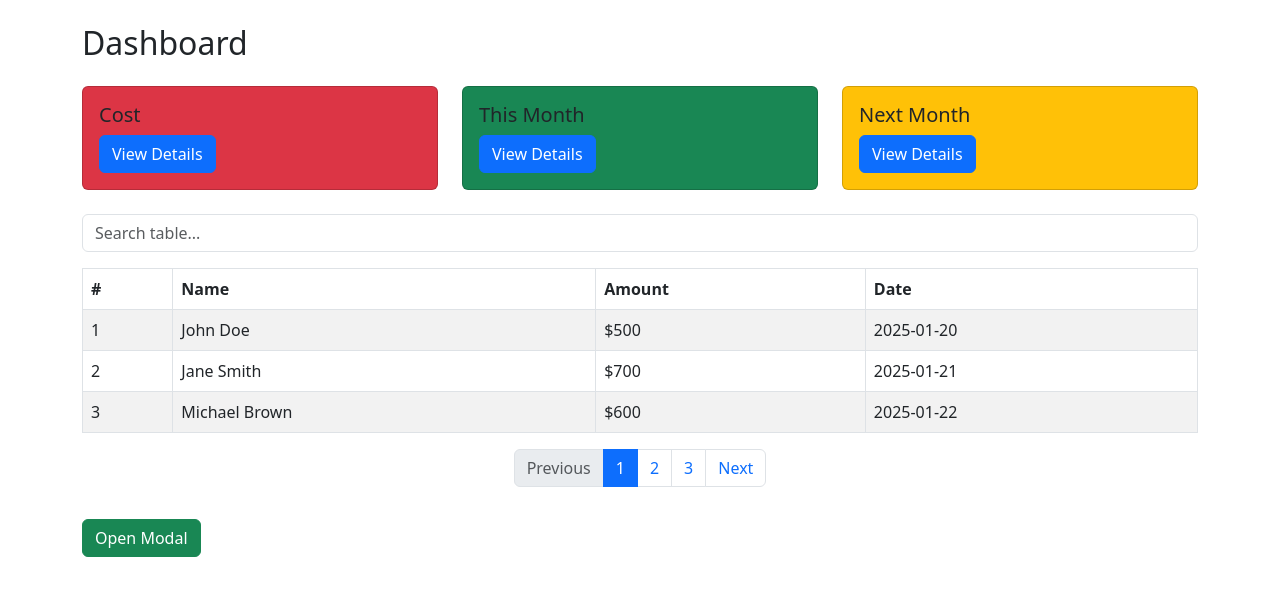
Repository: Dayvid0/BOOTSTRAP-TUTORIALS
Page: BOOTSTRAP-GRID-LAYOUTS/chatgpt.demo.html
These files come from the project's save history. The page is drawn as it stood at one moment and after the next save; the edit follows.
The browser window is 1280 px wide. The pictures show the whole page.

Above is the page before, as saved 2025-02-01 13:37:44.

### BOOTSTRAP-GRID-LAYOUTS/chatgpt.demo.html
<!DOCTYPE html>
<html lang="en">
<head>
    <meta charset="UTF-8">
    <meta name="viewport" content="width=device-width, initial-scale=1.0">
    <title>Dashboard</title>
    <link rel="stylesheet" href="https://cdn.jsdelivr.net/npm/bootstrap@5.3.0/dist/css/bootstrap.min.css">
</head>
<body>
    <div class="container mt-4">
        <h2 class="mb-4">Dashboard</h2>
        <div class="row g-4">
            <!-- Cost Card -->
            <div class="col-md-4">
                <div class="card bg-danger">
                    <div class="card-body">
                        <h5 class="card-title">Cost</h5>
                        <button class="btn btn-primary" type="button" data-bs-toggle="collapse" data-bs-target="#collapseCost" aria-expanded="false">View Details</button>
                        <div class="collapse mt-3" id="collapseCost">
                            <p>Total Cost: $5,000</p>
                        </div>
                    </div>
                </div>
            </div>
            <!-- This Month Card -->
            <div class="col-md-4">
                <div class="card bg-success">
                    <div class="card-body">
                        <h5 class="card-title">This Month</h5>
                        <button class="btn btn-primary" type="button" data-bs-toggle="collapse" data-bs-target="#collapseThisMonth" aria-expanded="false">View Details</button>
                        <div class="collapse mt-3" id="collapseThisMonth">
                            <p>Budget: $2,500</p>
                        </div>
                    </div>
                </div>
            </div>
            <!-- Next Month Card -->
            <div class="col-md-4">
                <div class="card bg-warning">
                    <div class="card-body">
                        <h5 class="card-title">Next Month</h5>
                        <button class="btn btn-primary" type="button" data-bs-toggle="collapse" data-bs-target="#collapseNextMonth" aria-expanded="false">View Details</button>
                        <div class="collapse mt-3" id="collapseNextMonth">
                            <p>Projected Budget: $3,000</p>
                        </div>
                    </div>
                </div>
            </div>
        </div>
        <!-- Search Bar -->
        <div class="mt-4">
            <input type="text" id="searchInput" class="form-control" placeholder="Search table...">
        </div>
        <!-- Data Table -->
        <div class="table-responsive mt-3">
            <table class="table table-striped table-bordered">
                <thead>
                    <tr>
                        <th>#</th>
                        <th>Name</th>
                        <th>Amount</th>
                        <th>Date</th>
                    </tr>
                </thead>
                <tbody id="dataTable">
                    <tr>
                        <td>1</td>
                        <td>John Doe</td>
                        <td>$500</td>
                        <td>2025-01-20</td>
                    </tr>
                    <tr>
                        <td>2</td>
                        <td>Jane Smith</td>
                        <td>$700</td>
                        <td>2025-01-21</td>
                    </tr>
                    <tr>
                        <td>3</td>
                        <td>Michael Brown</td>
                        <td>$600</td>
                        <td>2025-01-22</td>
                    </tr>
                </tbody>
            </table>
        </div>
        <!-- Pagination -->
        <nav aria-label="Page navigation">
            <ul class="pagination justify-content-center">
                <li class="page-item disabled"><a class="page-link" href="#">Previous</a></li>
                <li class="page-item active"><a class="page-link" href="#">1</a></li>
                <li class="page-item"><a class="page-link" href="#">2</a></li>
                <li class="page-item"><a class="page-link" href="#">3</a></li>
                <li class="page-item"><a class="page-link" href="#">Next</a></li>
            </ul>
        </nav>
        <!-- Modal -->
        <button type="button" class="btn btn-success mt-3" data-bs-toggle="modal" data-bs-target="#infoModal">Open Modal</button>
        <div class="modal fade" id="infoModal" tabindex="-1">
            <div class="modal-dialog">
                <div class="modal-content">
                    <div class="modal-header">
                        <h5 class="modal-title">Modal Title</h5>
                        <button type="button" class="btn-close" data-bs-dismiss="modal"></button>
                    </div>
                    <div class="modal-body">
                        This is a sample modal with information.
                    </div>
                    <div class="modal-footer">
                        <button type="button" class="btn btn-secondary" data-bs-dismiss="modal">Close</button>
                    </div>
                </div>
            </div>
        </div>
    </div>
    <script src="https://cdn.jsdelivr.net/npm/bootstrap@5.3.0/dist/js/bootstrap.bundle.min.js"></script>
    <script>
        // Search functionality
        document.getElementById('searchInput').addEventListener('keyup', function() {
            let filter = this.value.toLowerCase();
            let rows = document.querySelectorAll('#dataTable tr');
            rows.forEach(row => {
                let text = row.innerText.toLowerCase();
                row.style.display = text.includes(filter) ? '' : 'none';
            });
        });
    </script>
</body>
</html>

After the next save:
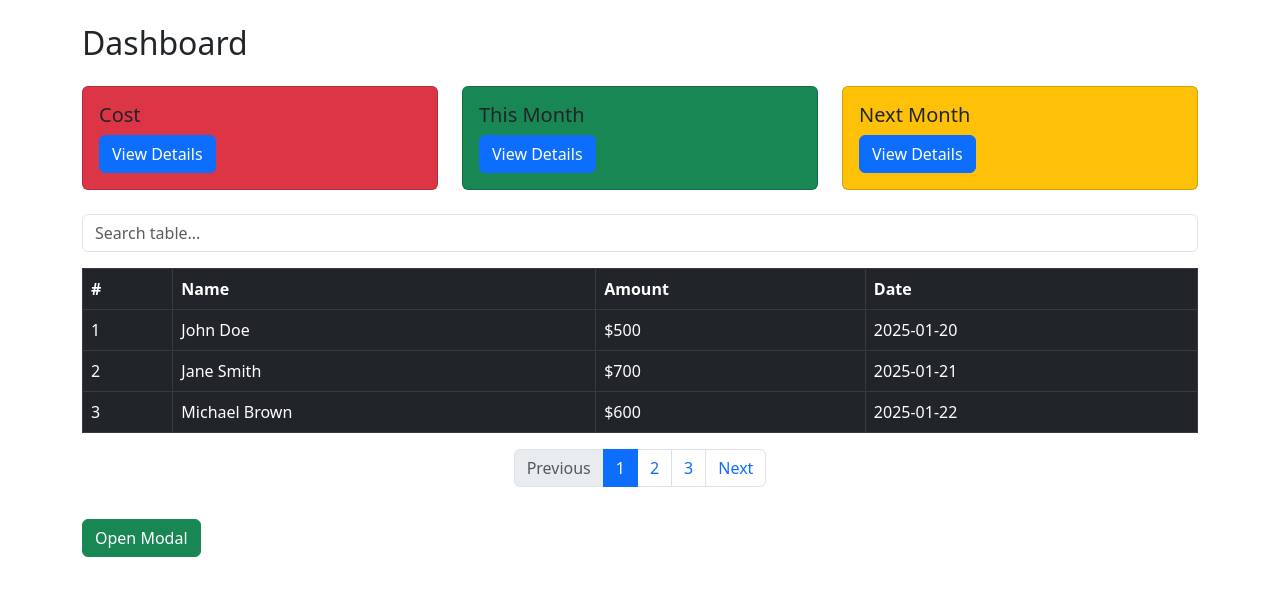
Saved 30 s later.
--- a/BOOTSTRAP-GRID-LAYOUTS/chatgpt.demo.html
+++ b/BOOTSTRAP-GRID-LAYOUTS/chatgpt.demo.html
@@ -53,7 +53,7 @@
         </div>
         <!-- Data Table -->
         <div class="table-responsive mt-3">
-            <table class="table table-striped table-bordered">
+            <table class="table table-dark table-bordered">
                 <thead>
                     <tr>
                         <th>#</th>
